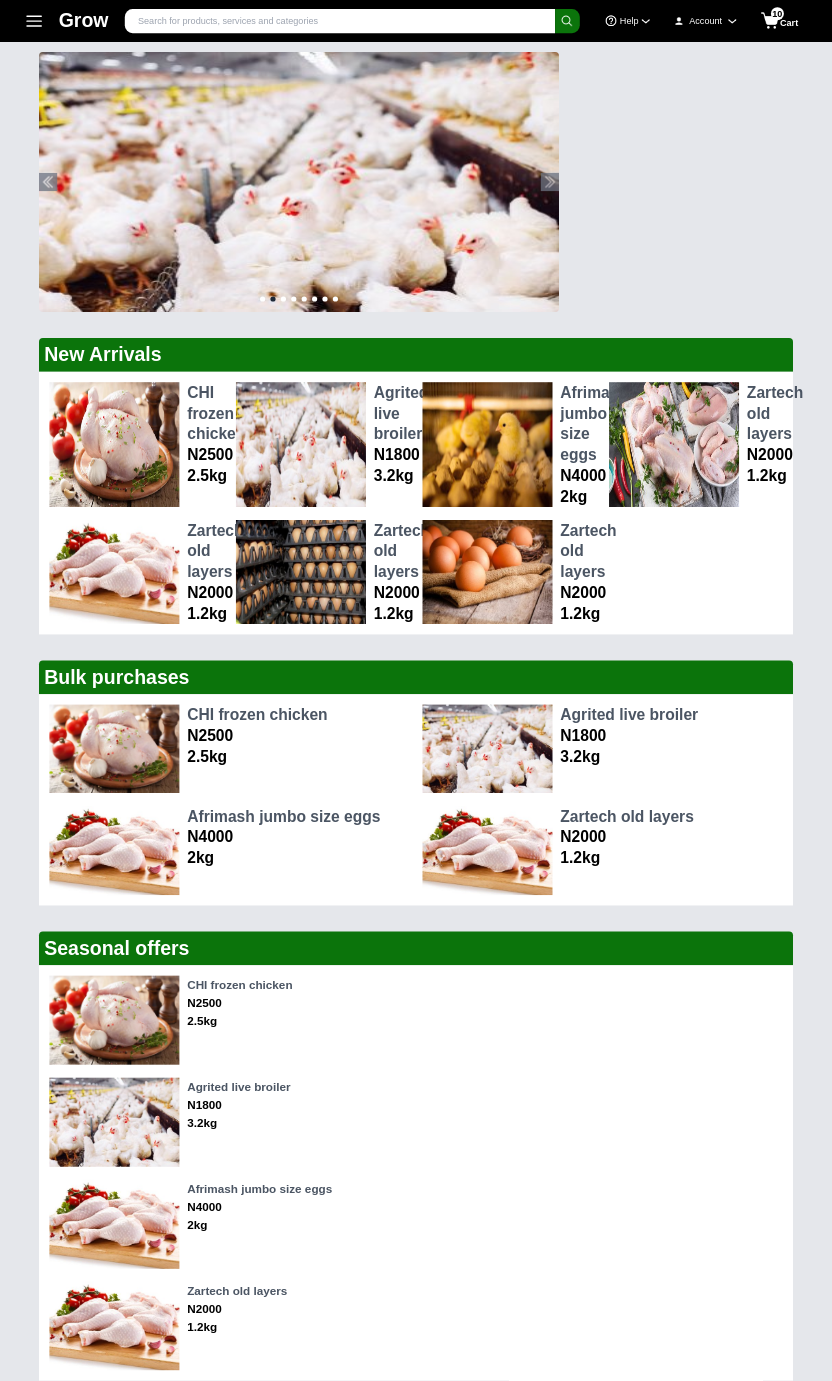
Repository: IssaMuiz/ifarmstock
Page: /
An editor plug-in stored every save of this project. The page is shown before and after the next save, followed by the edit.
The browser window is 1280 px wide. The pictures show the whole page, at 65% of full size.
The project was rebuilt for these pictures with package versions that can differ from the ones it lists, and the page was loaded fresh each time. The framework's server and built-in components were replaced by stand-ins that run in the browser. Also part of the build but not shown: next.config.mjs.

Above is the page before, as saved 2024-08-31 05:48:54.

After the next save:
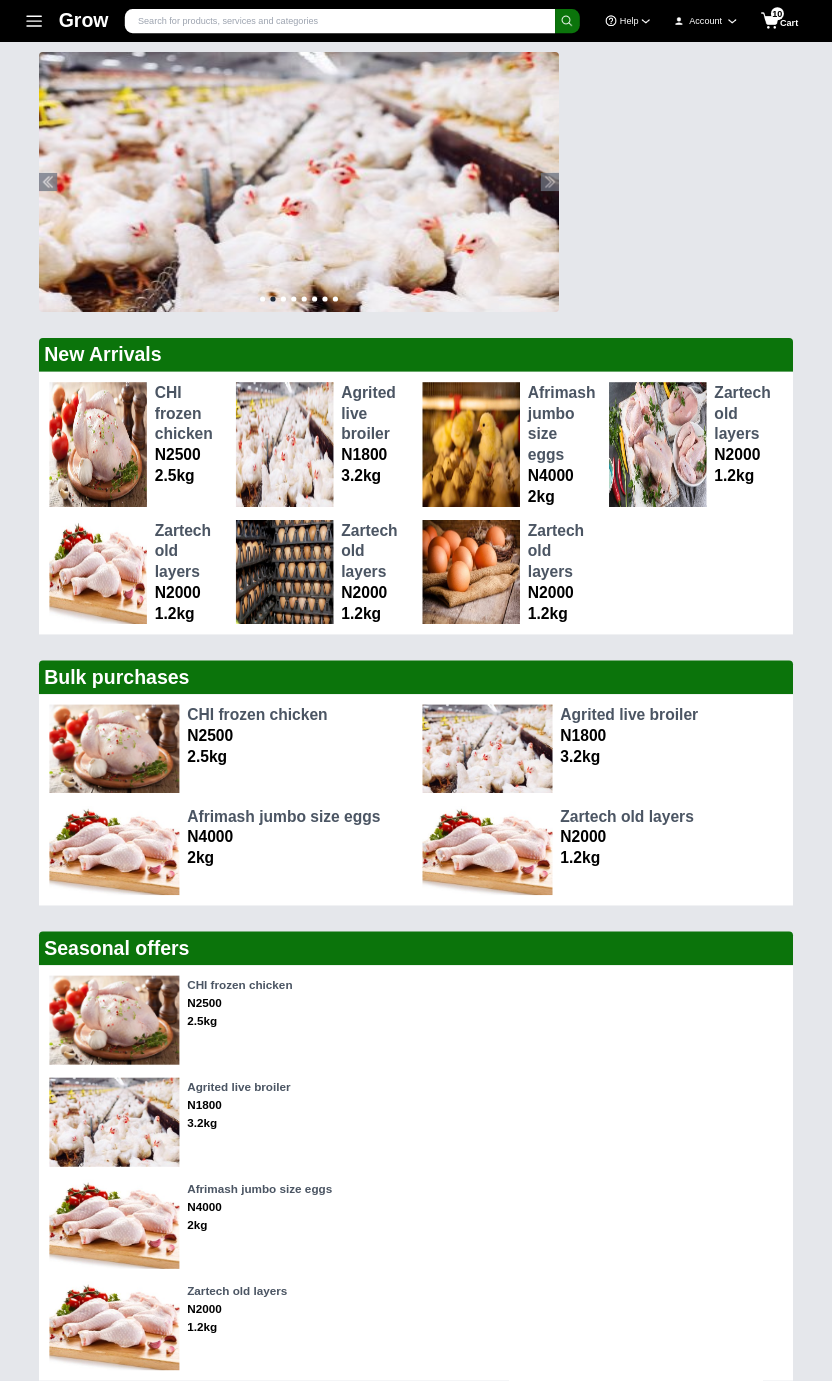
Saved 29 s later.
--- a/components/newArrivalsCards.tsx
+++ b/components/newArrivalsCards.tsx
@@ -6,7 +6,7 @@ const NewArrivalsCards = () => {
       <div className="grid grid-cols-4 gap-5">
         {poultryProduct.map((product, index) => (
           <div key={index} className="flex gap-3">
-            <Image src={product.image} alt="poultry" width={200} height={200} />
+            <Image src={product.image} alt="poultry" width={150} height={150} />
             <div className="text-2xl font-semibold">
               <p className="text-gray-600">{product.name}</p>
               <p>N{product.Price}</p>
